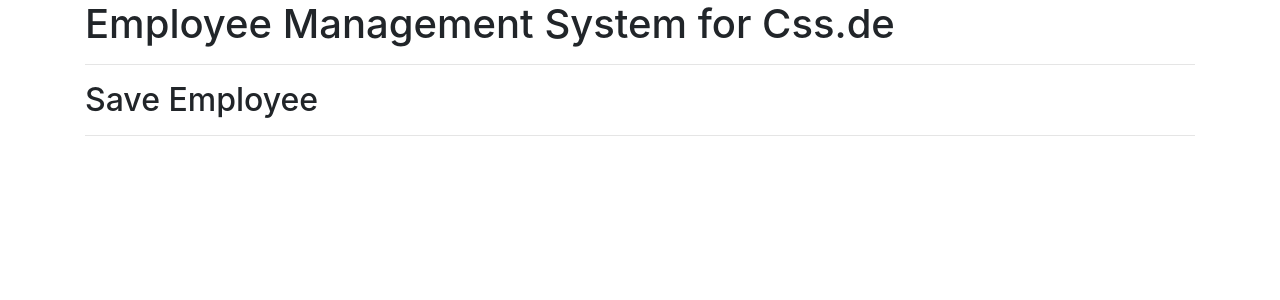
Repository: Len2/Topic4
Page: src/main/resources/templates/newIdCard.html
These files come from the project's save history. The page is drawn as it stood at one moment and after the next save; the edit follows.
The browser window is 1280 px wide. The pictures show the whole page.

Above is the page before, as saved 2020-09-06 16:21:23.

### src/main/resources/templates/newIdCard.html
<!DOCTYPE html>
<html lang="en" xmlns:th="http://www.thymeleaf.org">
<head>
<meta charset="ISO-8859-1">
<title>Employee Management System for Css.de</title>
<link rel="stylesheet"
	href="https://stackpath.bootstrapcdn.com/bootstrap/4.1.3/css/bootstrap.min.css"
	integrity="sha384-MCw98/SFnGE8fJT3GXwEOngsV7Zt27NXFoaoApmYm81iuXoPkFOJwJ8ERdknLPMO"
	crossorigin="anonymous">
</head>
<body>
	<div class="container">
		<h1>Employee Management System for Css.de</h1>
		<hr>
		<h2>Save Employee</h2>

		<form action="#" th:action="@{/saveIdCard}" th:object="${employee}"
			method="POST">
			<!-- <input type="text" th:field="*{firstName}"
				placeholder="Employee First Name" class="form-control mb-4 col-4"> -->

				<!-- <input type="text" th:field="*{lastName}"
				placeholder="Employee Last Name" class="form-control mb-4 col-4">

				<input type="text" th:field="*{email}"
				placeholder="Employee Email" class="form-control mb-4 col-4">
				 -->
				<!-- <button type="submit" class="btn btn-info col-2"> Save Employee</button> -->
		</form>

		<hr>

		<!-- <a th:href = "@{/}"> Back to Employee List</a> -->
	</div>
</body>
</html>

After the next save:
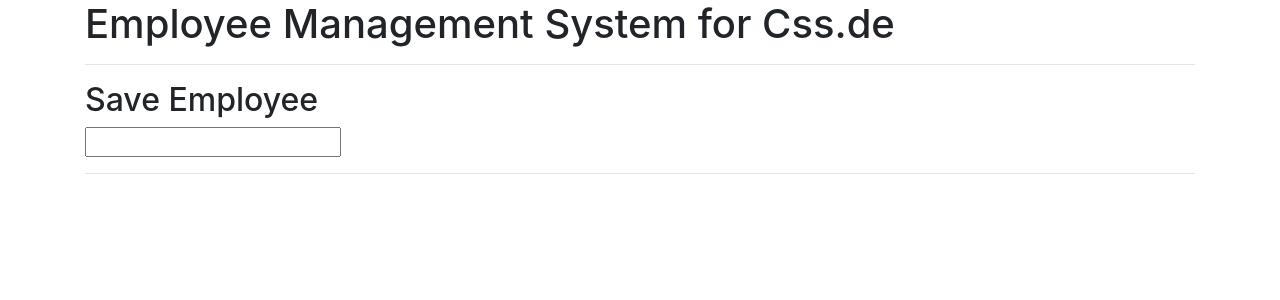
Saved 6 s later.
--- a/src/main/resources/templates/newIdCard.html
+++ b/src/main/resources/templates/newIdCard.html
@@ -15,7 +15,9 @@
 		<h2>Save Employee</h2>
 
 		<form action="#" th:action="@{/saveIdCard}" th:object="${employee}"
-			method="POST">
+            method="POST">
+
+            <input type="text" th:field="*{datePlanted}" />
 			<!-- <input type="text" th:field="*{firstName}"
 				placeholder="Employee First Name" class="form-control mb-4 col-4"> -->
 
